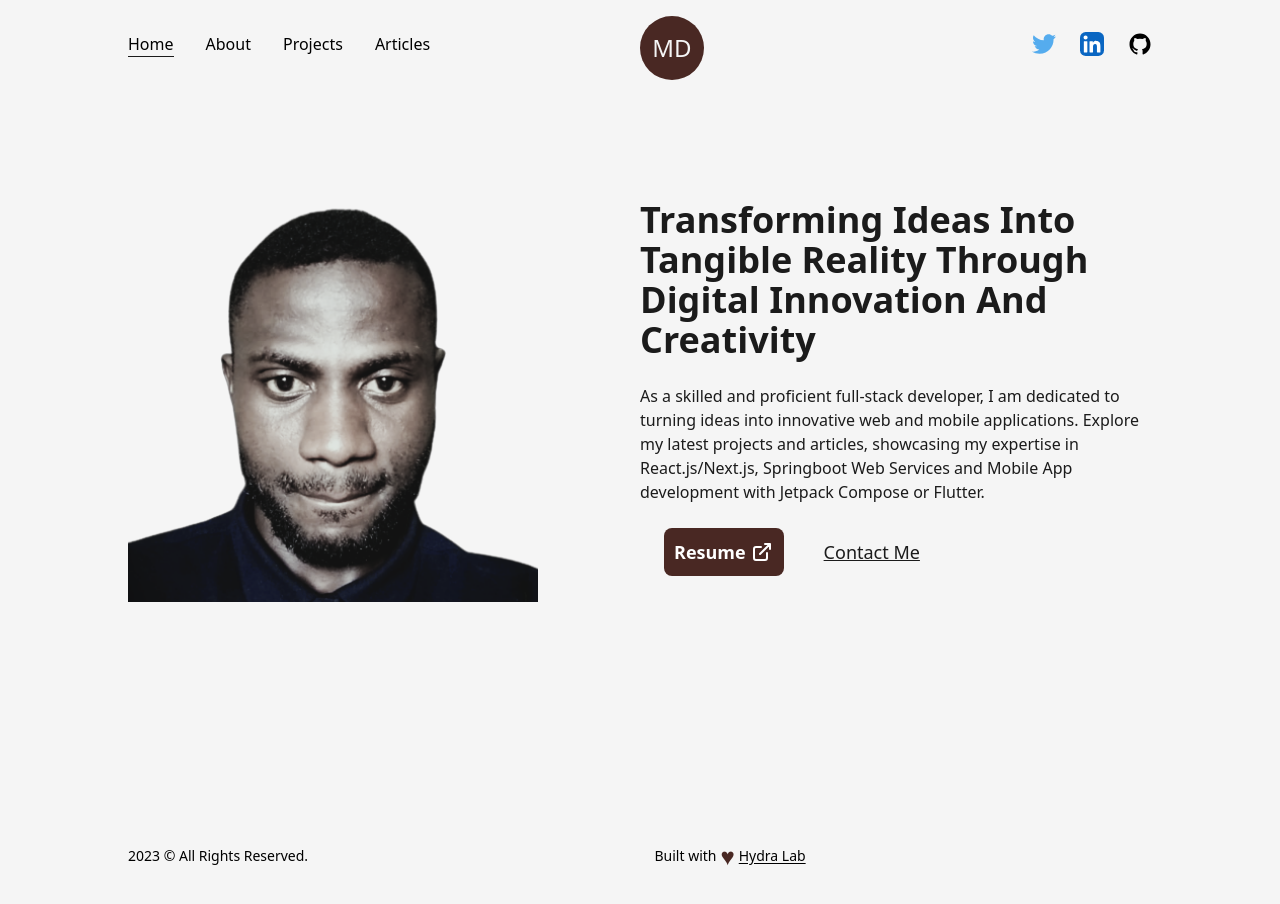
Repository: marcusdashe/situs
Page: /
These files come from the project's save history. The page is drawn as it stood at one moment and after the next save; the edit follows.
The browser window is 1280 px wide. The pictures show the whole page.
The project was rebuilt for these pictures with package versions that can differ from the ones it lists, and the page was loaded fresh each time. The framework's server and built-in components were replaced by stand-ins that run in the browser.

Above is the page before, as saved 2023-06-16 17:49:27.

### src/pages/_app.js
import Footer from "@/components/Footer";
import Navbar from "@/components/Navbar";
import "@/styles/globals.css";
import Head from "next/head";
// import { IBM_Plex_Sans } from "next/font/google";

// const ibm = IBM_Plex_Sans({
//   subsets: ["latin"],
//   variable: "--font-mont",
// });

export default function App({ Component, pageProps }) {
  return (
    <>
      <Head>
        <meta name="viewport" content="width=device-width, initial-scale=1" />
        <link rel="icon" href="/favicon.ico" />
      </Head>
      <main className={`  bg-light w-full min-h-screen`}>
        <Navbar />
        <Component {...pageProps} />
        <Footer />
      </main>
    </>
  );
}

### src/components/Footer.jsx
import React from "react";
import Layout from "./Layout";
import Link from "next/link";

const Footer = () => {
  return (
    <footer className="w-full border-t-1 border-solid border-primaryDark font-medium text-sm ">
      <Layout className="py-8 flex items-center justify-between">
        <span>{new Date().getFullYear()} &copy; All Rights Reserved.</span>
        <div className="flex items-center">
          Built with{" "}
          <span className="text-primaryDark text-2xl px-1">&hearts;</span>
          <Link href="/" className="underline underline-offset-2">
            Hydra Lab
          </Link>
        </div>
        <Link href="/"></Link>
      </Layout>
    </footer>
  );
};

export default Footer;

### src/components/Navbar.jsx
import React from "react";
import { useRouter } from "next/router";
import Link from "next/link";
import Logo from "./Logo";
import { TwitterIcon, GithubIcon, LinkedInIcon } from "./Icons";
import { motion } from "framer-motion";

const CustomLink = ({ href, title, className = "" }) => {
  const router = useRouter();

  return (
    <Link href={href} className={`${className} relative group`}>
      {title}
      <span
        className={`h-[1px] inline-block bg-dark absolute left-0 -bottom-0.5 group-hover:w-full transition-[width] ease duration-300 ${
          router.asPath === href ? "w-full" : "w-0"
        }`}
      >
        &nbsp;
      </span>
    </Link>
  );
};

const Navbar = () => {
  return (
    <header
      className="w-full px-32 py-8 font-medium
            flex items-center justify-between"
    >
      <nav>
        <CustomLink href="/" title="Home" className="mr-4" />
        <CustomLink href="/about" title="About" className="mx-4" />
        <CustomLink href="/projects" title="Projects" className="mx-4" />
        <CustomLink href="/articles" title="Articles" className="ml-4" />
      </nav>

      <nav className="flex items-center justify-center flex-wrap">
        <motion.a
          href="https://www.twitter.com/marcusdashe"
          target={"_blank"}
          whileHover={{
            y: -2,
          }}
          whileTap={{ scale: 0.9 }}
          className="w-6 mx-3"
        >
          <TwitterIcon className="" />
        </motion.a>
        <motion.a
          href="https://www.linkedin.com/in/marcus-dashe-15a088202"
          target={"_blank"}
          whileHover={{
            y: -2,
          }}
          whileTap={{ scale: 0.9 }}
          className="w-6 mx-3"
        >
          <LinkedInIcon />
        </motion.a>
        <motion.a
          href="https://www.github.com/marcusdashe"
          target={"_blank"}
          whileHover={{
            y: -2,
          }}
          whileTap={{ scale: 0.9 }}
          className="w-6 ml-3"
        >
          <GithubIcon />
        </motion.a>
      </nav>
      <div className="absolute left-[50%] top-2 translate-x-[-50]">
        <Logo />
      </div>
    </header>
  );
};

export default Navbar;

### src/styles/globals.css
@import url("https://fonts.googleapis.com/css2?family=IBM+Plex+Sans:ital,wght@0,100;0,200;0,300;1,100;1,200&family=Inter:wght@300;400;500;600;700;800;900&display=swap");

@tailwind base;
@tailwind components;
@tailwind utilities;

### src/components/Layout.jsx
import React from "react";

const Layout = ({ children, className = "" }) => {
  return (
    <div className={`${className} w-full inline-block z-0 bg-light p-32`}>
      {children}
    </div>
  );
};

export default Layout;

### src/components/AnimatedText.jsx
import React from "react";
import { motion } from "framer-motion";

const quote = {
  initial: {
    opacity: 1,
  },
  animate: {
    opacity: 1,
    transition: {
      delay: 0.5,
      staggerChildren: 0.08,
    },
  },
};

const singleWord = {
  initial: {
    opacity: 0,
    y: 50,
  },
  animate: {
    opacity: 1,
    y: 0,
    transition: {
      duration: 1,
    },
  },
};

const AnimatedText = ({ text, className = "" }) => {
  return (
    <div className="w-full mx-auto py-2 flex items-center justify-center text-center overflow-hidden ">
      <motion.h1
        className={`inline-block w-full text-dark font-bold capitalize text-4xl ${className}`}
        variants={quote}
        initial="initial"
        animate="animate"
      >
        {text.split(" ").map((word, index) => (
          <motion.span
            key={index}
            className="inline-block"
            variants={singleWord}
          >
            {word}&nbsp;
          </motion.span>
        ))}
      </motion.h1>
    </div>
  );
};

export default AnimatedText;

### src/components/HireMe.jsx
import React from "react";

const HireMe = () => {
  return (
    <div className="fixed left-4 bottom-4 flex items-center justify-center overflow-hidden">
      <div className="w-48 h-auto flex items-center justify-center relative"></div>
    </div>
  );
};

export default HireMe;

### src/components/Logo.jsx
"use client";

import React from "react";
import Link from "next/link";
import { motion } from "framer-motion";

const MotionLink = motion(Link);

const Logo = () => {
  return (
    <div className="flex items-center justify-center mt-2">
      <MotionLink
        href="/"
        className="w-16 h-16 bg-primaryDark text-light flex items-center
        justify-center rounded-full text-2xl  hover
      "
        whileHover={{
          scale: 1.5,
          backgroundColor: [
            "#121212",
            "rgba(131,58,180,1)",
            "rgba(253,29,29,1)",
            "rgba(252,176,69,1)",
            "rgba(131,58,180,1)",
            "#121212",
          ],
          transition: {
            duration: 1,
            repeat: Infinity,
          },
        }}
      >
        MD
      </MotionLink>
    </div>
  );
};

export default Logo;

Loaded but not shown: src/pages/index.js (67 lines, source omitted); tailwind.config.js (27 lines, source omitted); src/components/Icons.jsx (463 lines, source omitted)

After the next save:
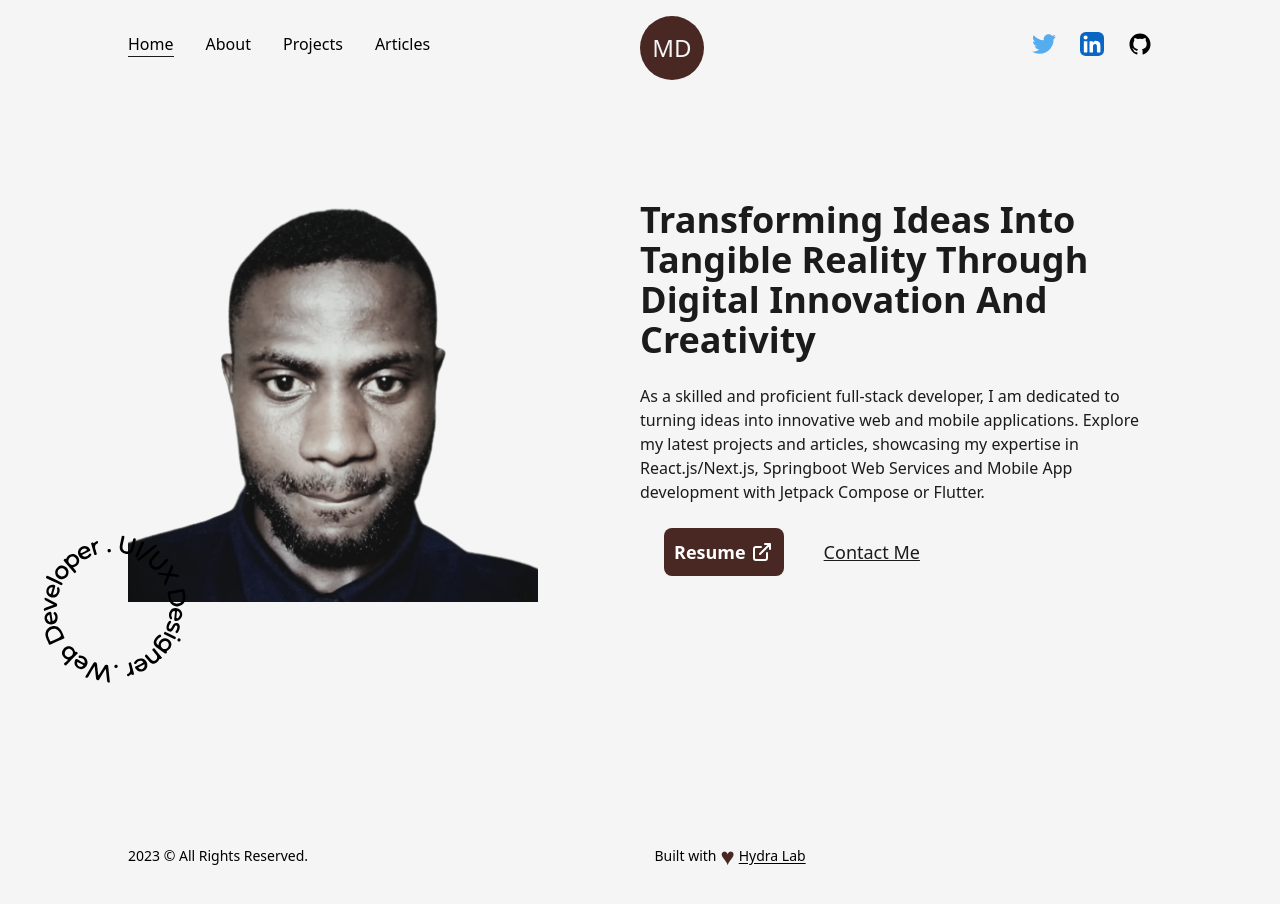
Saved 49 s later.
--- a/src/components/HireMe.jsx
+++ b/src/components/HireMe.jsx
@@ -1,9 +1,12 @@
 import React from "react";
+import { CircularText } from "./Icons";
 
 const HireMe = () => {
   return (
     <div className="fixed left-4 bottom-4 flex items-center justify-center overflow-hidden">
-      <div className="w-48 h-auto flex items-center justify-center relative"></div>
+      <div className="w-48 h-auto flex items-center justify-center relative">
+        <CircularText />
+      </div>
     </div>
   );
 };
